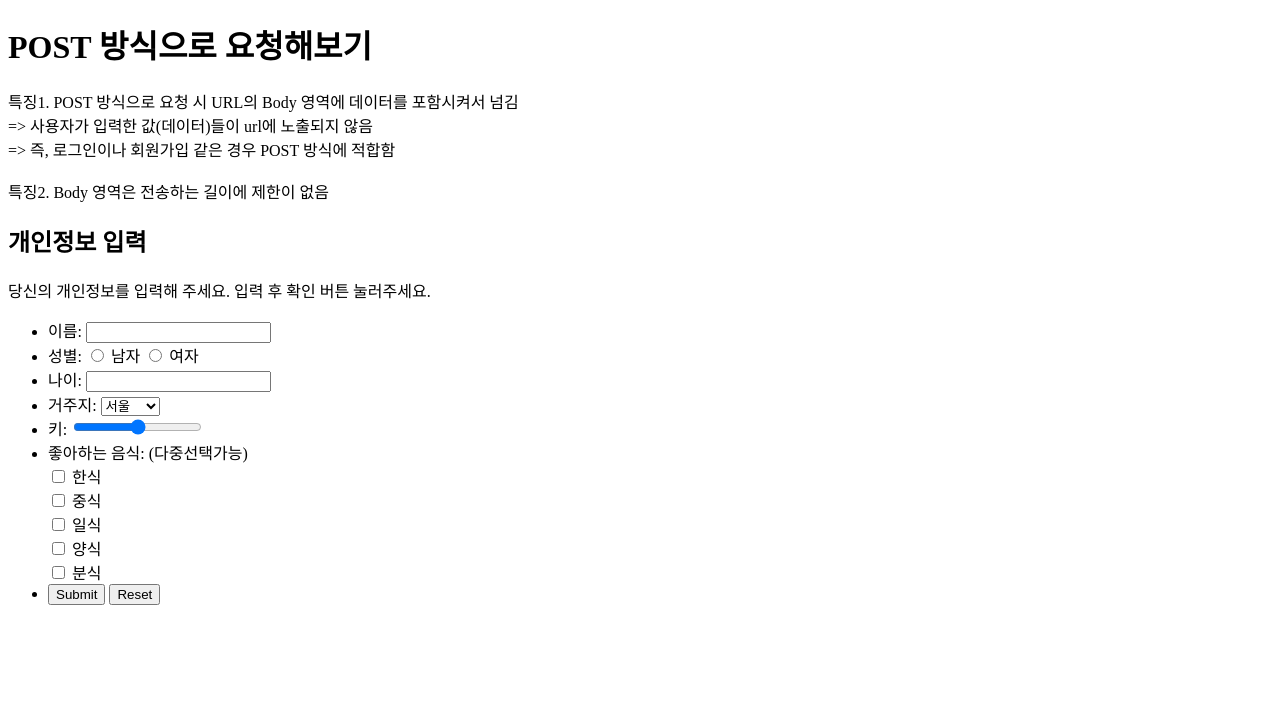
Repository: 1400CP/05_server-workspace1
Page: 1_Servlet/WebContent/views/requestTest_POST.html
These files come from the project's save history. The page is drawn as it stood at one moment and after the next save; the edit follows.
The browser window is 1280 px wide. The pictures show the whole page.

Above is the page before, as saved 2025-02-14 03:47:32.

### 1_Servlet/WebContent/views/requestTest_POST.html
<!DOCTYPE html>
<html>
<head>
<meta charset="UTF-8">
<title>Insert title here</title>
</head>
<body>

<h1>POST 방식으로 요청해보기</h1>

<p>
	특징1. POST 방식으로 요청 시 URL의 Body 영역에 데이터를 포함시켜서 넘김 <br>
		=> 사용자가 입력한 값(데이터)들이 url에 노출되지 않음 <br>
		=> 즉, 로그인이나 회원가입 같은 경우 POST 방식에 적합함 <br><br>

	특징2. Body 영역은 전송하는 길이에 제한이 없음 <br>

</p>

<h2>개인정보 입력</h2>
<p>당신의 개인정보를 입력해 주세요. 입력 후 확인 버튼 눌러주세요.</p>


	<form action="/1_Servlet/test2.do" method="POST">
		<!-- ul>li*7 -->
		<ul>
			<li>
				이름: <input type="text" name="name">
			</li>
			<li>
				<!-- 라디오는 밸류값을 써줘야 DB에서 확인 가능 -->
				성별:
				<input type="radio" name="gender" value="M"> 남자
				<input type="radio" name="gender" value="F"> 여자
			</li>
			<li>
				나이: <input type="number" name="age">
			</li>
			<li>
				거주지:
				<select name="city">
					<option>서울</option>
					<option>경기도</option>
					<option>강원도</option>
					<option>충청도</option>
					<option>경상도</option>
					<option>전라도</option>
				</select>
			</li>
			<li>
				키: <input type="range" name="height" min="140" max="200">
			</li>
			<li>
				좋아하는 음식: (다중선택가능)  <br>
				<input type="checkbox" name="food" value="한식"> 한식 <br>
				<input type="checkbox" name="food" value="중식"> 중식 <br>
				<input type="checkbox" name="food" value="일식"> 일식 <br>
				<input type="checkbox" name="food" value="양식"> 양식 <br>
				<input type="checkbox" name="food" value="분식"> 분식 <br>
			</li>
			<li>
				<input type="submit">
				<input type="reset">
			</li>
		</ul>
	</form>


</body>
</html>

After the next save:
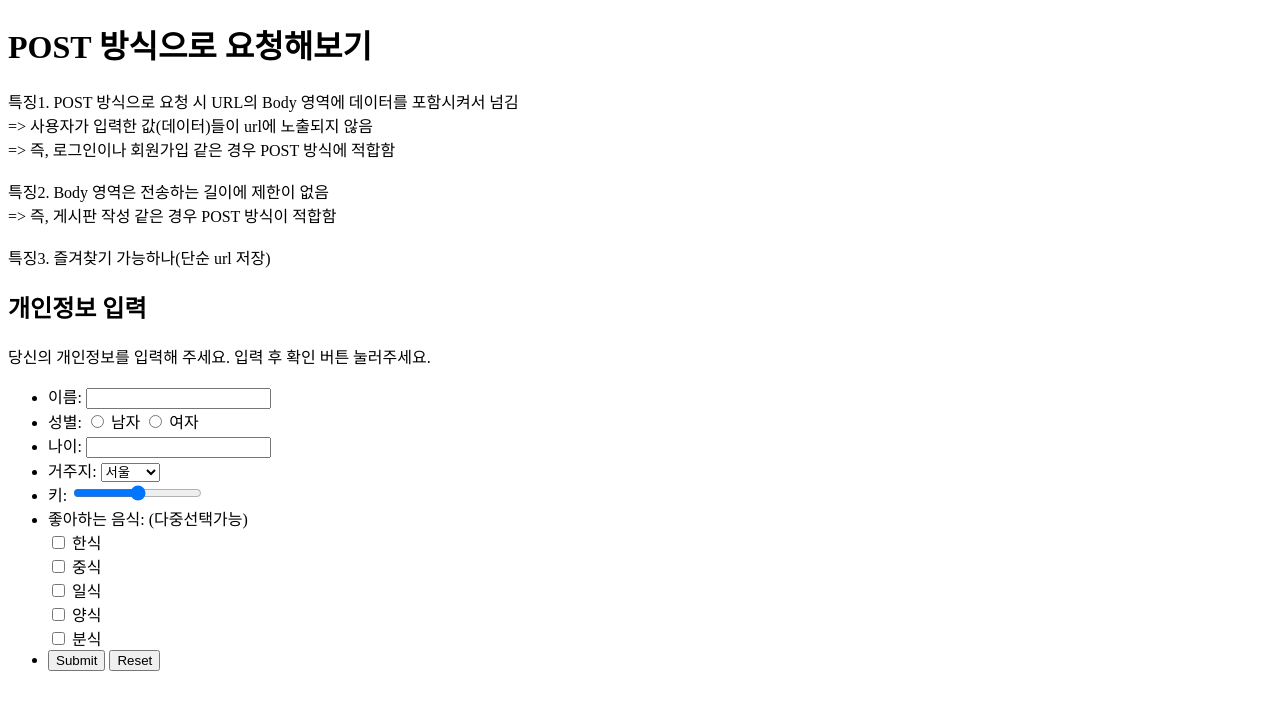
Saved 56 s later.
--- a/1_Servlet/WebContent/views/requestTest_POST.html
+++ b/1_Servlet/WebContent/views/requestTest_POST.html
@@ -14,7 +14,9 @@
 		=> 즉, 로그인이나 회원가입 같은 경우 POST 방식에 적합함 <br><br>
 
 	특징2. Body 영역은 전송하는 길이에 제한이 없음 <br>
+		=> 즉, 게시판 작성 같은 경우 POST 방식이 적합함 <br><br>
 
+	특징3. 즐겨찾기 가능하나(단순 url 저장)
 </p>
 
 <h2>개인정보 입력</h2>
